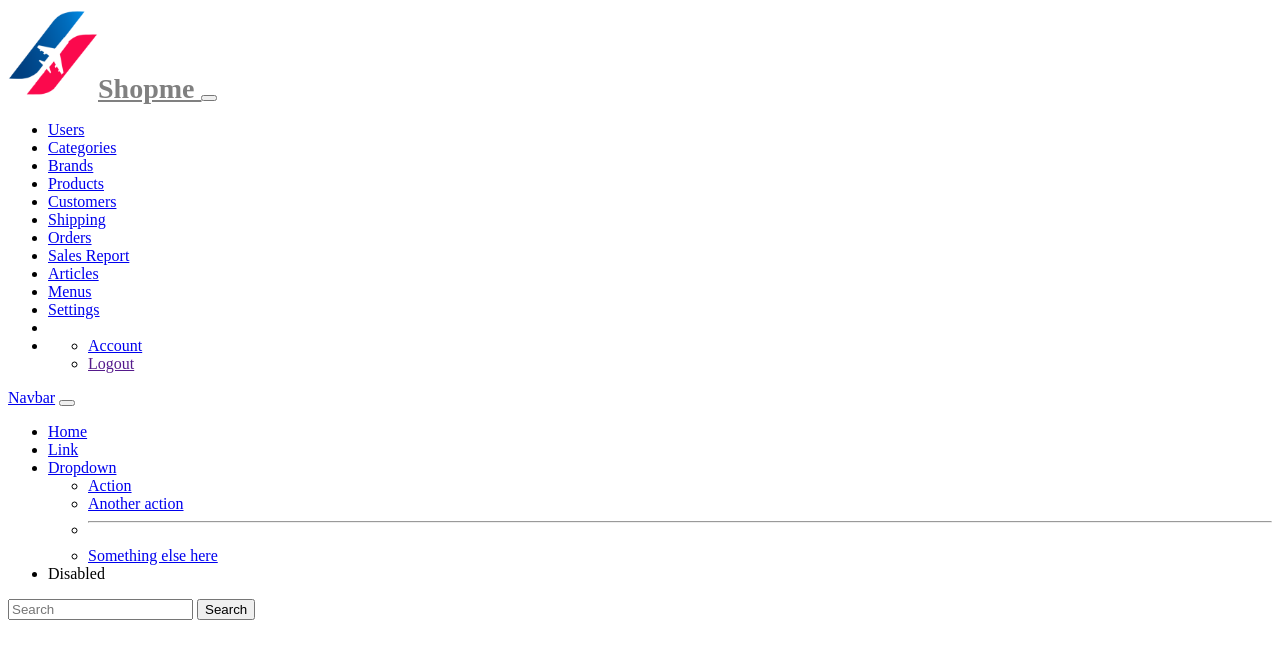
Repository: rahulcivildp/SpringProjects
Page: http://localhost/navigation
The author's editor kept a copy of each file at every save. The page is drawn from the files as they stood at one save, then again after the next save.
The browser window is 1280 px wide. The pictures show the whole page.
The page is this project's Thymeleaf template; nobody is signed in. The template is opened directly, without the code that normally fills it, so the values that code supplies are empty.

Above is the page before, as saved 2022-10-27 00:33:36.

After the next save:
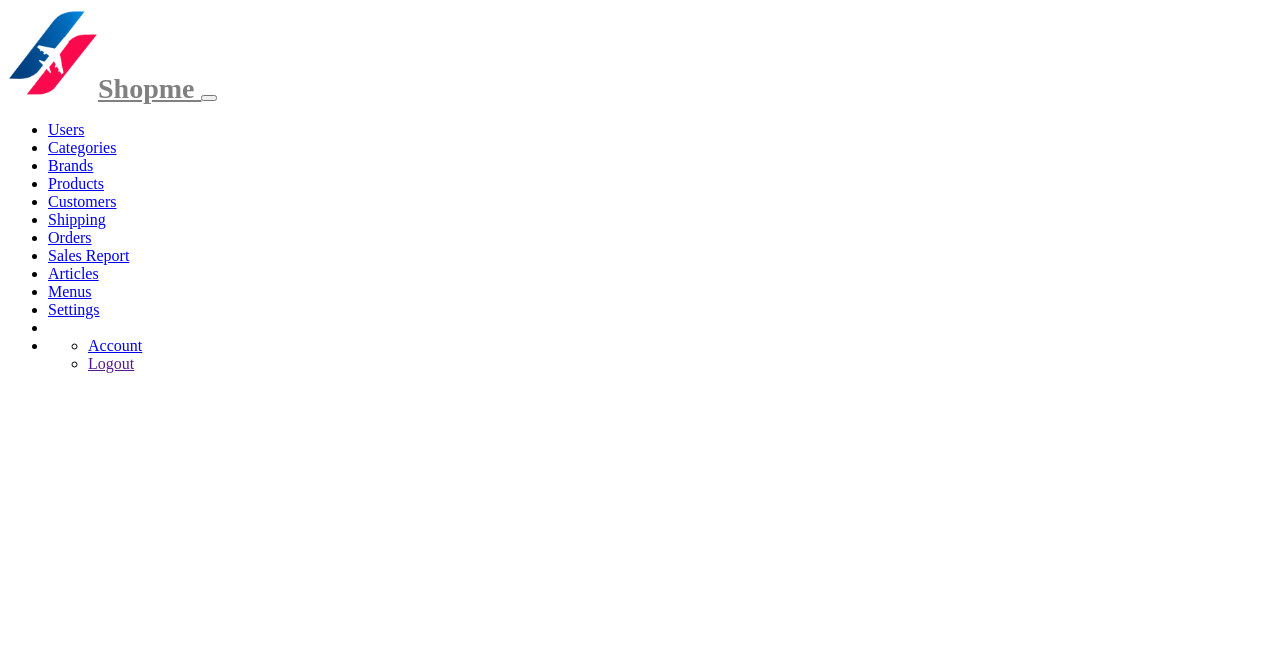
Console error: ReferenceError: $ is not defined
Saved 3 min 15 s later.
--- a/ShopmeProject/ShopmeWebParent/ShopmeBackEnd/src/main/resources/templates/navigation.html
+++ b/ShopmeProject/ShopmeWebParent/ShopmeBackEnd/src/main/resources/templates/navigation.html
@@ -15,7 +15,7 @@
 				<button class="navbar-toggler" type="button"
 					data-bs-toggle="collapse" data-bs-target="#topNavBar"
 					aria-controls="topNavBar" aria-expanded="false"
-					aria-label="Toggle navigation">
+					aria-label="Toggle navigation" id="toggleButton">
 					<span class="navbar-toggler-icon"></span>
 				</button>
 
@@ -68,42 +68,12 @@
 					</ul>
 				</div>
 			</nav>
-			<nav class="navbar navbar-expand-lg bg-light">
-  <div class="container-fluid">
-    <a class="navbar-brand" href="#">Navbar</a>
-    <button class="navbar-toggler" type="button" data-bs-toggle="collapse" data-bs-target="#navbarSupportedContent" aria-controls="navbarSupportedContent" aria-expanded="false" aria-label="Toggle navigation">
-      <span class="navbar-toggler-icon"></span>
-    </button>
-    <div class="collapse navbar-collapse" id="navbarSupportedContent">
-      <ul class="navbar-nav me-auto mb-2 mb-lg-0">
-        <li class="nav-item">
-          <a class="nav-link active" aria-current="page" href="#">Home</a>
-        </li>
-        <li class="nav-item">
-          <a class="nav-link" href="#">Link</a>
-        </li>
-        <li class="nav-item dropdown">
-          <a class="nav-link dropdown-toggle" href="#" role="button" data-bs-toggle="dropdown" aria-expanded="false">
-            Dropdown
-          </a>
-          <ul class="dropdown-menu">
-            <li><a class="dropdown-item" href="#">Action</a></li>
-            <li><a class="dropdown-item" href="#">Another action</a></li>
-            <li><hr class="dropdown-divider"></li>
-            <li><a class="dropdown-item" href="#">Something else here</a></li>
-          </ul>
-        </li>
-        <li class="nav-item">
-          <a class="nav-link disabled">Disabled</a>
-        </li>
-      </ul>
-      <form class="d-flex" role="search">
-        <input class="form-control me-2" type="search" placeholder="Search" aria-label="Search">
-        <button class="btn btn-outline-success" type="submit">Search</button>
-      </form>
-    </div>
-  </div>
-</nav>
+
+			<script type="text/javascript">
+				$(document).ready(function(){
+					$()
+				})
+			</script>
 		</div>
 
 </body>
